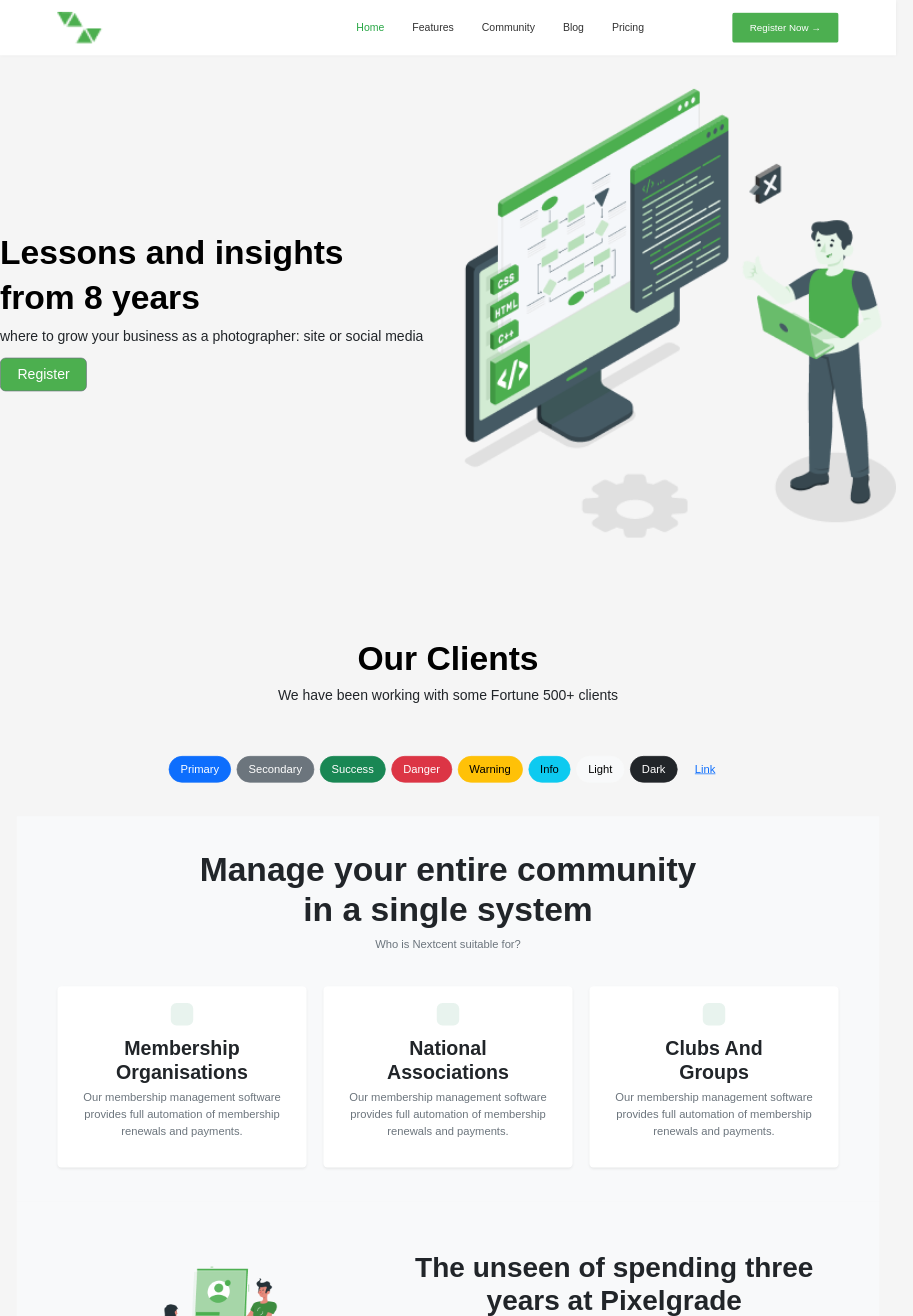
Repository: Laibaaa10/Bootstrap1
Page: index.html
An editor plug-in stored every save of this project. The page is shown before and after the next save, followed by the edit.
The browser window is 1280 px wide. The page is 1304 px wide, so the pictures cover 1304 px, including what lies to the right of the window. The pictures show the part of the page from y = 0 to 1880 px (the page is 2880 px tall), at 70% of full size.

Above is the page before, as saved 2026-06-18 07:57:27.

After the next save:
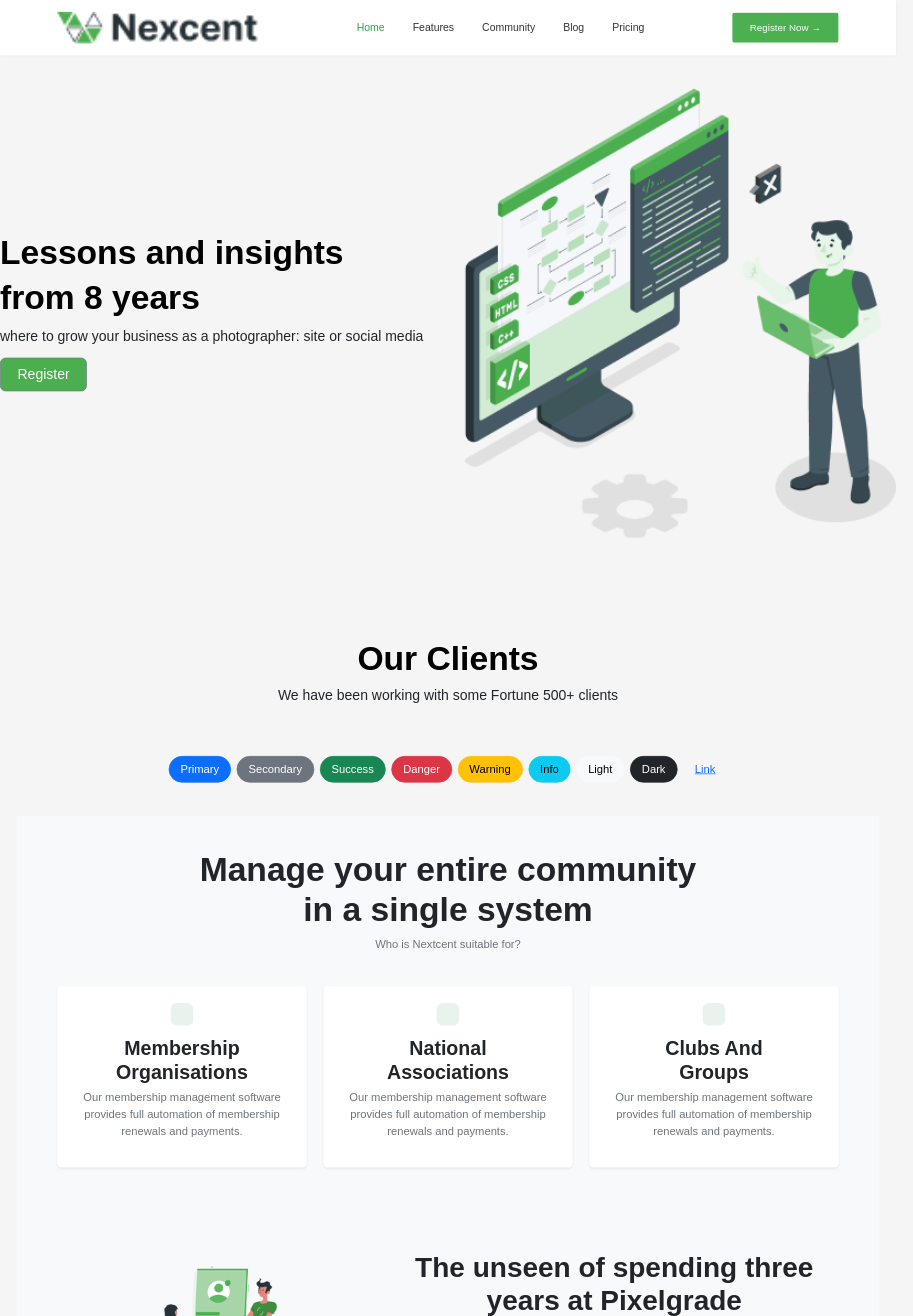
Saved 109 s later.
--- a/index.html
+++ b/index.html
@@ -17,7 +17,7 @@
 
 
             <a class="navbar-brand d-flex align-items-center w-" href="#">
-                <img src="./images/Logo (1).png" alt="Logo" class="logo">
+                <img src="./images/Logo.png" alt="Logo" class="logo">
             </a>
 
 
